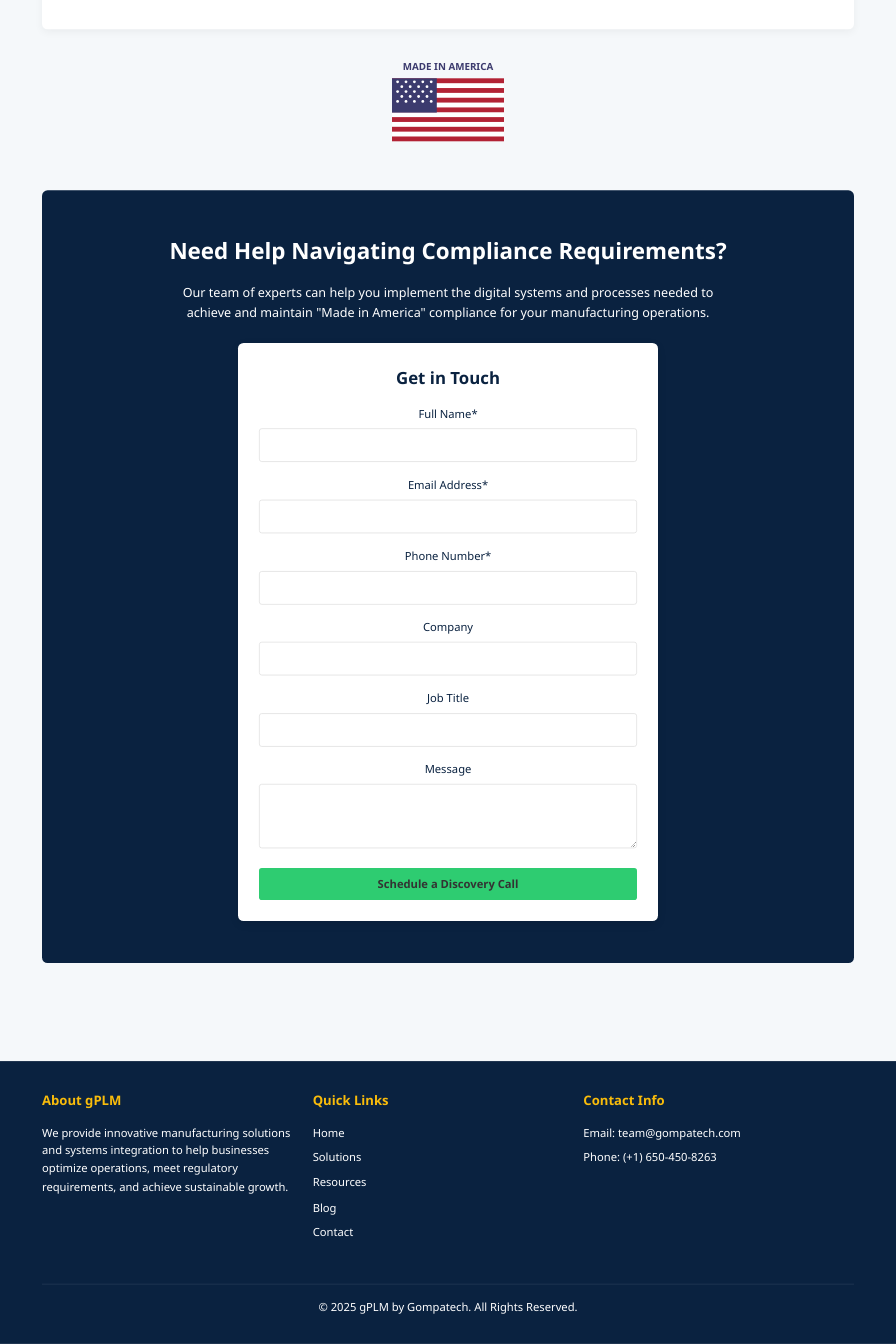
Repository: gompaBlogs/website
Page: mia.html
These files come from the project's save history. The page is drawn as it stood at one moment and after the next save; the edit follows.
The browser window is 1280 px wide. The pictures show the part of the page from y = 2507 to 4427 px (the page is 4427 px tall), at 70% of full size.

Above is the page before, as saved 2025-04-30 16:07:38.

After the next save:
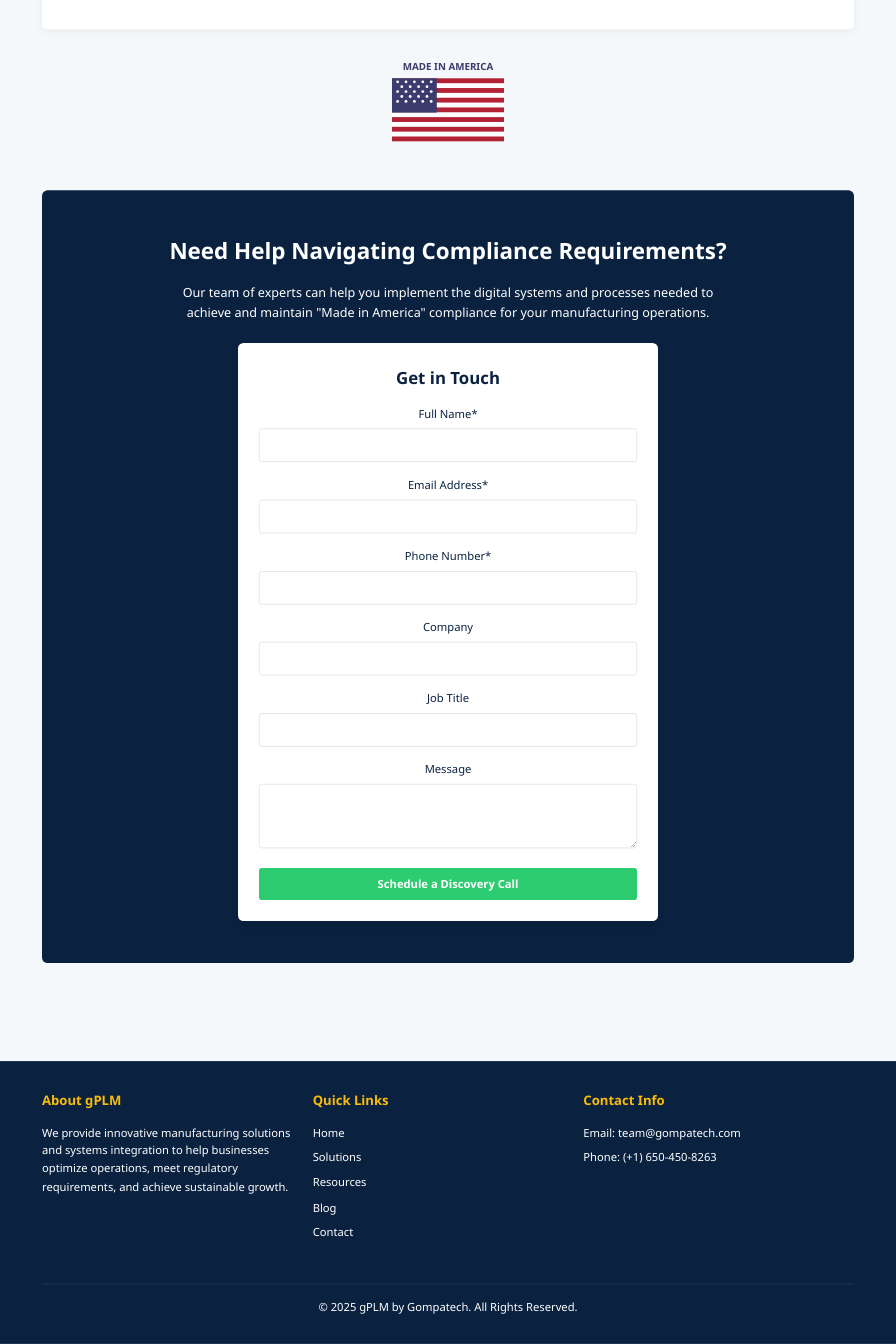
Saved 12 s later.
--- a/mia.html
+++ b/mia.html
@@ -261,8 +261,8 @@
 
         .submit-button {
             background-color: var(--accent-green);
-            /* color: var(--white); */
-            color: var(--text-color);
+            color: var(--white);
+            /* color: var(--text-color); */
             border: none;
             padding: 12px 30px;
             border-radius: 4px;
